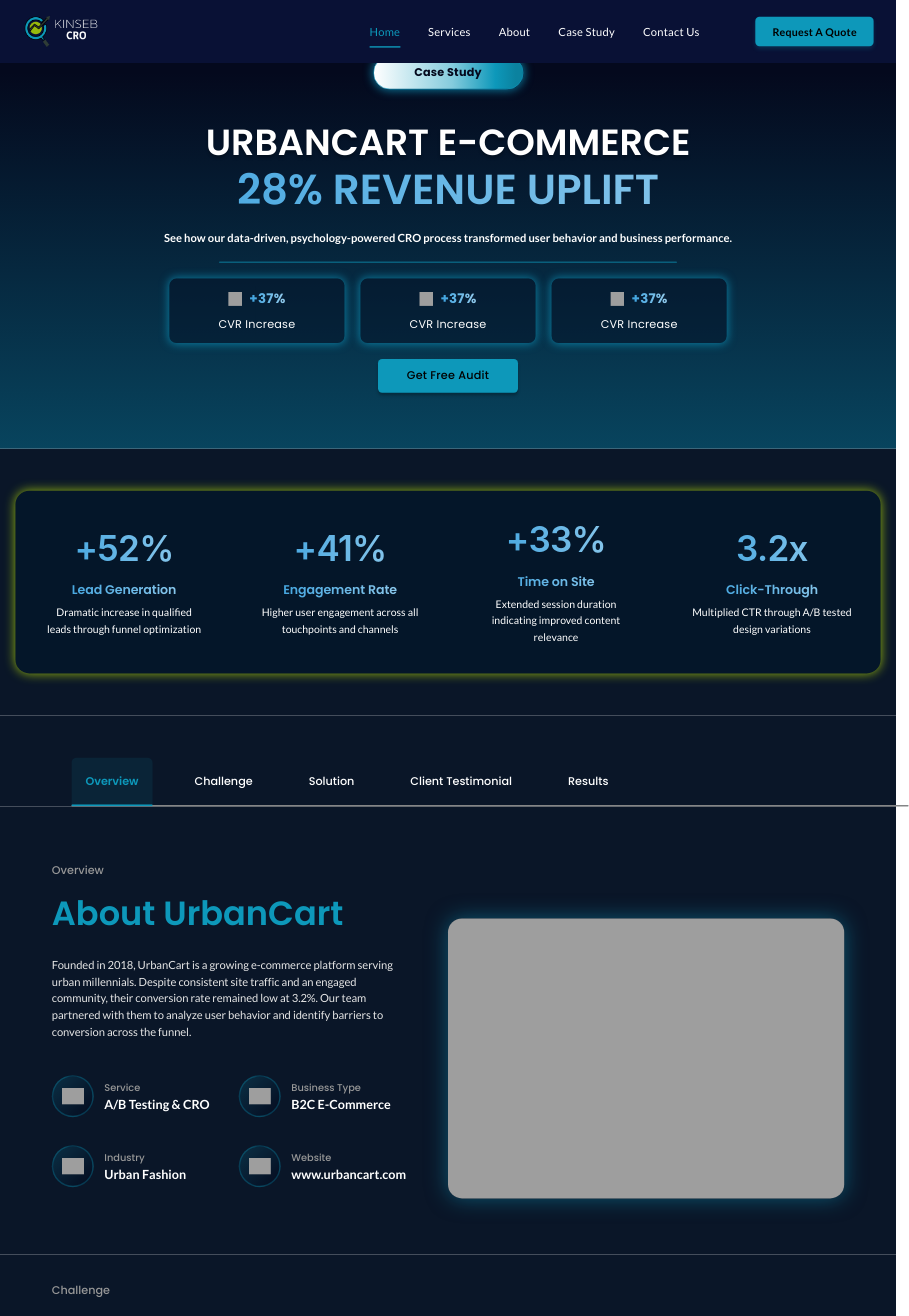
Repository: YahyaK01/kinseb
Page: /case-study/e-commerce-revenue-uplift-through-testing
These files come from the project's save history. The page is drawn as it stood at one moment and after the next save; the edit follows.
The browser window is 1280 px wide. The page is 1298 px wide, so the pictures cover 1298 px, including what lies to the right of the window. The pictures show the part of the page from y = 0 to 1880 px (the page is 8262 px tall before and 8255 px after), at 70% of full size.
Pictures or frames that could not be fetched are drawn as grey boxes. The project was rebuilt for these pictures with package versions that can differ from the ones it lists, and the page was loaded fresh each time. Also part of the build but not shown: src/components/FAQ.js, src/components/CTA.jsx, src/components/MetricsSection.jsx, src/components/WhyCROMatter.jsx, src/components/Processsection.jsx, src/components/Hero.jsx, src/components/marquee.jsx, src/components/CEO.jsx and 27 more.

Above is the page before, as saved 2025-12-12 23:13:51.

After the next save:
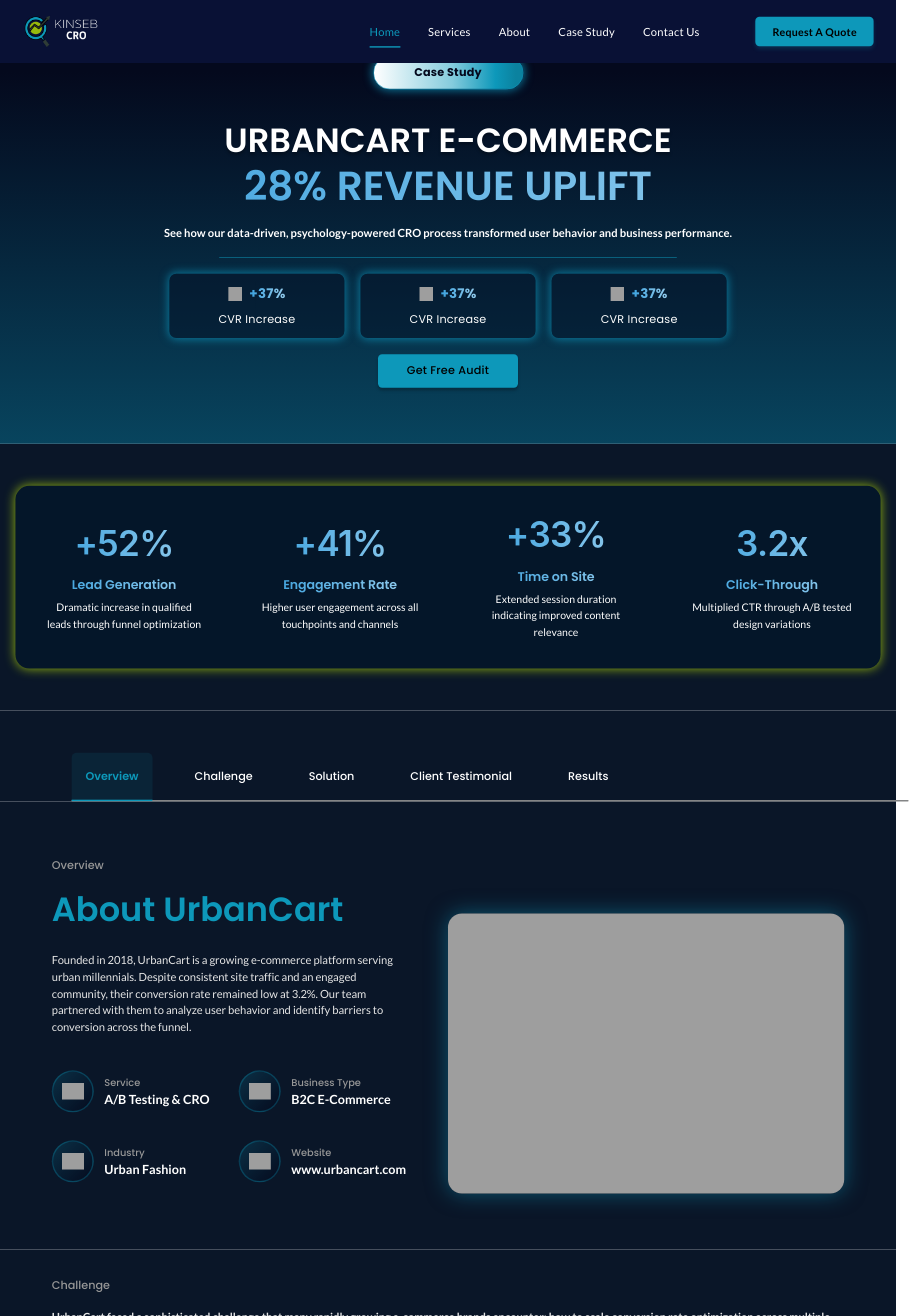
Saved 2 min 2 s later.
--- a/src/components/CaseStudyHero.jsx
+++ b/src/components/CaseStudyHero.jsx
@@ -9,8 +9,7 @@
   const heroData = {
     'personalization-engine-transforms-user-experience': {
       category: 'Case Study',
-      titleLine1: 'PERSONALIZATION ENGINE TRANSFORMS',
-      titleLine2: 'USER EXPERIENCE',
+      title: 'PERSONALIZATION ENGINE TRANSFORMS USER EXPERIENCE',
       titleHighlight: '37% CONVERSION RATE',
       subtitle: 'See how our data-driven, psychology-powered CRO process transformed user behavior and business performance.',
       metrics: [
@@ -21,8 +20,7 @@
     },
     'e-commerce-revenue-uplift-through-testing': {
       category: 'Case Study',
-      titleLine1: 'URBANCART',
-      titleLine2: 'E-COMMERCE',
+      title: 'URBANCART E-COMMERCE',
       titleHighlight: '28% REVENUE UPLIFT',
       subtitle: 'See how our data-driven, psychology-powered CRO process transformed user behavior and business performance.',
       metrics: [
@@ -33,8 +31,7 @@
     },
     'saas-lead-generation-conversion-breakthrough': {
       category: 'Case Study',
-      titleLine1: 'SAAS LEAD',
-      titleLine2: 'GENERATION',
+      title: 'SAAS LEAD GENERATION',
       titleHighlight: '3X CONVERSION BREAKTHROUGH',
       subtitle: 'See how our data-driven, psychology-powered CRO process transformed user behavior and business performance.',
       metrics: [
@@ -45,8 +42,7 @@
     },
     'fashion-retailer-cart-abandonment-solution': {
       category: 'Case Study',
-      titleLine1: 'FASHION',
-      titleLine2: 'RETAILER',
+      title: 'FASHION RETAILER',
       titleHighlight: 'CART ABANDONMENT SOLUTION',
       subtitle: 'See how our data-driven, psychology-powered CRO process transformed user behavior and business performance.',
       metrics: [
@@ -57,8 +53,7 @@
     },
     'mobile-app-engagement-revolution': {
       category: 'Case Study',
-      titleLine1: 'MOBILE',
-      titleLine2: 'APP',
+      title: 'MOBILE APP',
       titleHighlight: 'ENGAGEMENT REVOLUTION',
       subtitle: 'See how our data-driven, psychology-powered CRO process transformed user behavior and business performance.',
       metrics: [
@@ -69,8 +64,7 @@
     },
     'enterprise-pipeline-growth-strategy': {
       category: 'Case Study',
-      titleLine1: 'ENTERPRISE',
-      titleLine2: 'PIPELINE',
+      title: 'ENTERPRISE PIPELINE',
       titleHighlight: '+179% GROWTH STRATEGY',
       subtitle: 'See how our data-driven, psychology-powered CRO process transformed user behavior and business performance.',
       metrics: [
@@ -138,7 +132,7 @@
         padding: '0px',
         gap: '23px',
         width: '100%',
-        maxWidth: '1200px',
+        maxWidth: '1400px',
         opacity: isLoaded ? 1 : 0,
         transform: isLoaded ? 'translateY(0)' : 'translateY(30px)',
         transition: 'opacity 0.8s ease-out, transform 0.8s ease-out'
@@ -184,20 +178,22 @@
           opacity: isLoaded ? 1 : 0,
           transition: 'opacity 0.8s ease-out 0.3s'
         }}>
-          {/* Line 1 - White Text (Combined) */}
+          {/* Line 1 - White Text */}
           <h1 style={{
             width: '100%',
             fontFamily: "'Poppins', sans-serif",
             fontWeight: 600,
-            fontSize: windowWidth <= 768 ? '26px' : windowWidth <= 1024 ? '40px' : '52px',
-            lineHeight: windowWidth <= 768 ? '34px' : windowWidth <= 1024 ? '50px' : '65px',
+            fontSize: windowWidth <= 768 ? '24px' : windowWidth <= 1024 ? '36px' : '48px',
+            lineHeight: windowWidth <= 768 ? '32px' : windowWidth <= 1024 ? '46px' : '60px',
             textAlign: 'center',
             textTransform: 'uppercase',
             color: '#FFFFFF',
             textShadow: '0px 4px 4px rgba(0, 0, 0, 0.25)',
-            margin: 0
+            margin: 0,
+            whiteSpace: 'nowrap',
+            overflow: 'visible'
           }}>
-            {data.titleLine1} {data.titleLine2}
+            {data.title}
           </h1>
 
           {/* Line 2 - Gradient Text */}
@@ -205,8 +201,8 @@
             width: '100%',
             fontFamily: "'Poppins', sans-serif",
             fontWeight: 600,
-            fontSize: windowWidth <= 768 ? '30px' : windowWidth <= 1024 ? '45px' : '60px',
-            lineHeight: windowWidth <= 768 ? '38px' : windowWidth <= 1024 ? '55px' : '70px',
+            fontSize: windowWidth <= 768 ? '28px' : windowWidth <= 1024 ? '42px' : '58px',
+            lineHeight: windowWidth <= 768 ? '36px' : windowWidth <= 1024 ? '52px' : '68px',
             textAlign: 'center',
             textTransform: 'uppercase',
             background: 'linear-gradient(263.69deg, #FFFFFF -108.11%, #3AA1DE 98.19%)',
